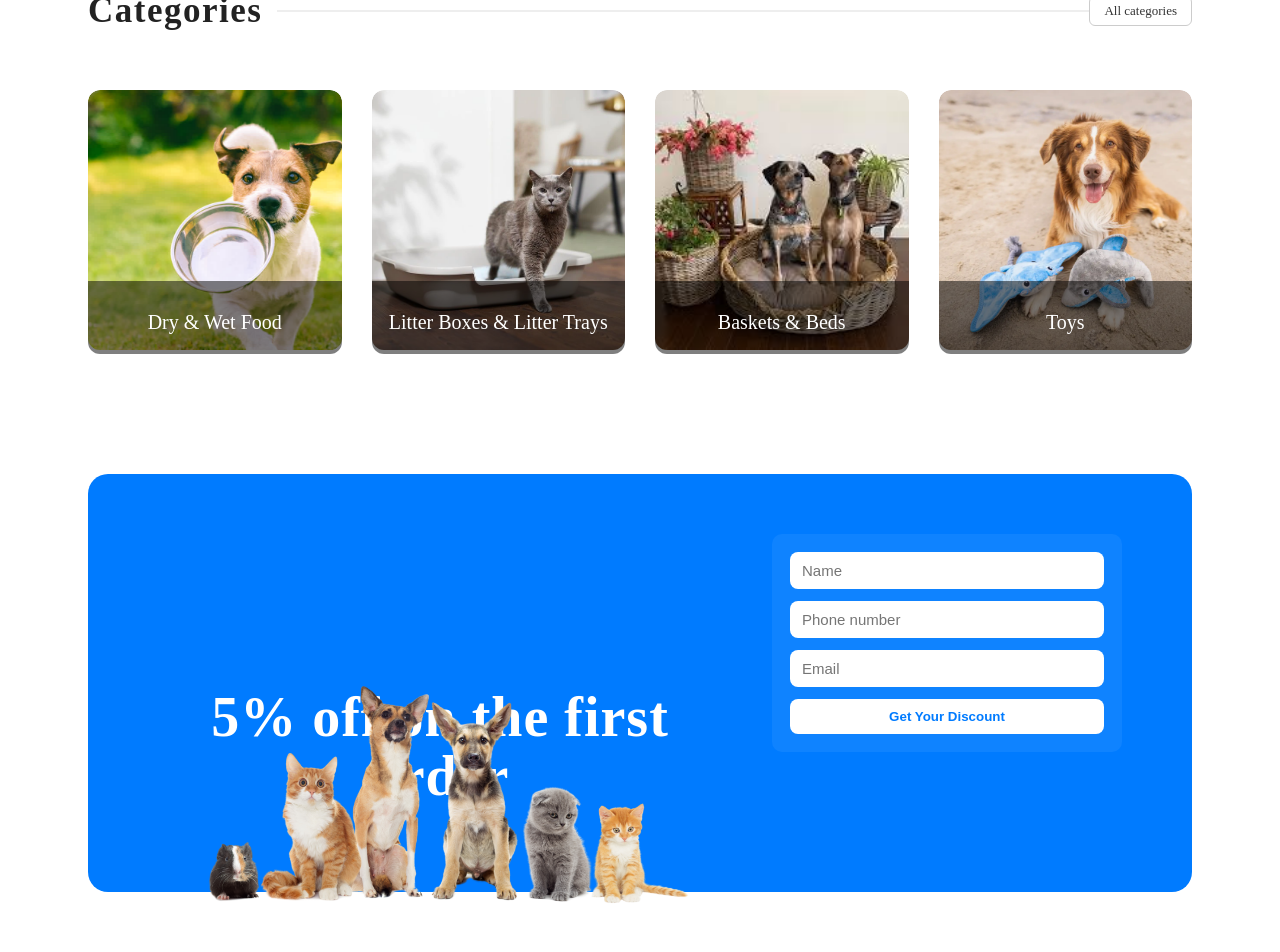
Repository: JuliiaJuliia/pet-shop-frontend
Page: / (app in pet-shop-frontend/)
These files come from the project's save history. The page is drawn as it stood at one moment and after a run of saves; the edit follows.
The browser window is 1280 px wide. The pictures show the part of the page from y = 693 to 1645 px (the page is 1645 px tall).
The project was rebuilt for these pictures with package versions that can differ from the ones it lists, and the page was loaded fresh each time. Also part of the build but not shown: pet-shop-frontend/vite.config.js, pet-shop-frontend/src/pages/CheckoutPage.jsx, pet-shop-frontend/src/api/axios.js, pet-shop-frontend/src/components/ProductList.jsx.

Above is the page before, as saved 2025-11-06 14:59:10.

After the next 3 saves:
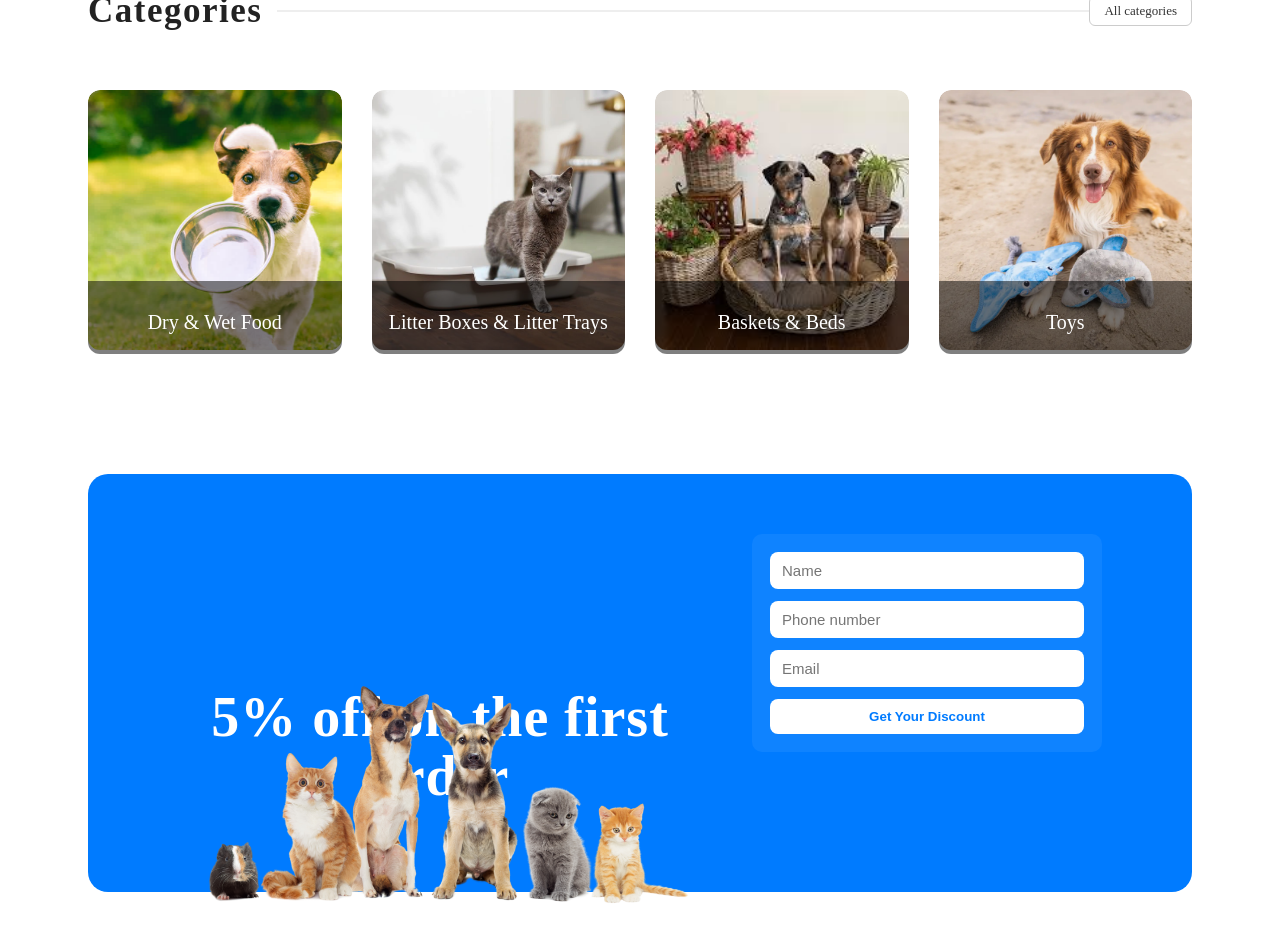
The 3 saves are shown as one change because they came seconds apart.
The last was saved 11 s later.
--- a/pet-shop-frontend/src/components/DiscountBanner.css
+++ b/pet-shop-frontend/src/components/DiscountBanner.css
@@ -61,7 +61,7 @@
   /* права частина — форма (по центру вертикалі блоку) */
   .discount-banner__form {
     flex: 0 0 350px;
-    left: 10px;
+    right: 10px;
     display: flex;
     align-items: center;
     justify-content: center;
